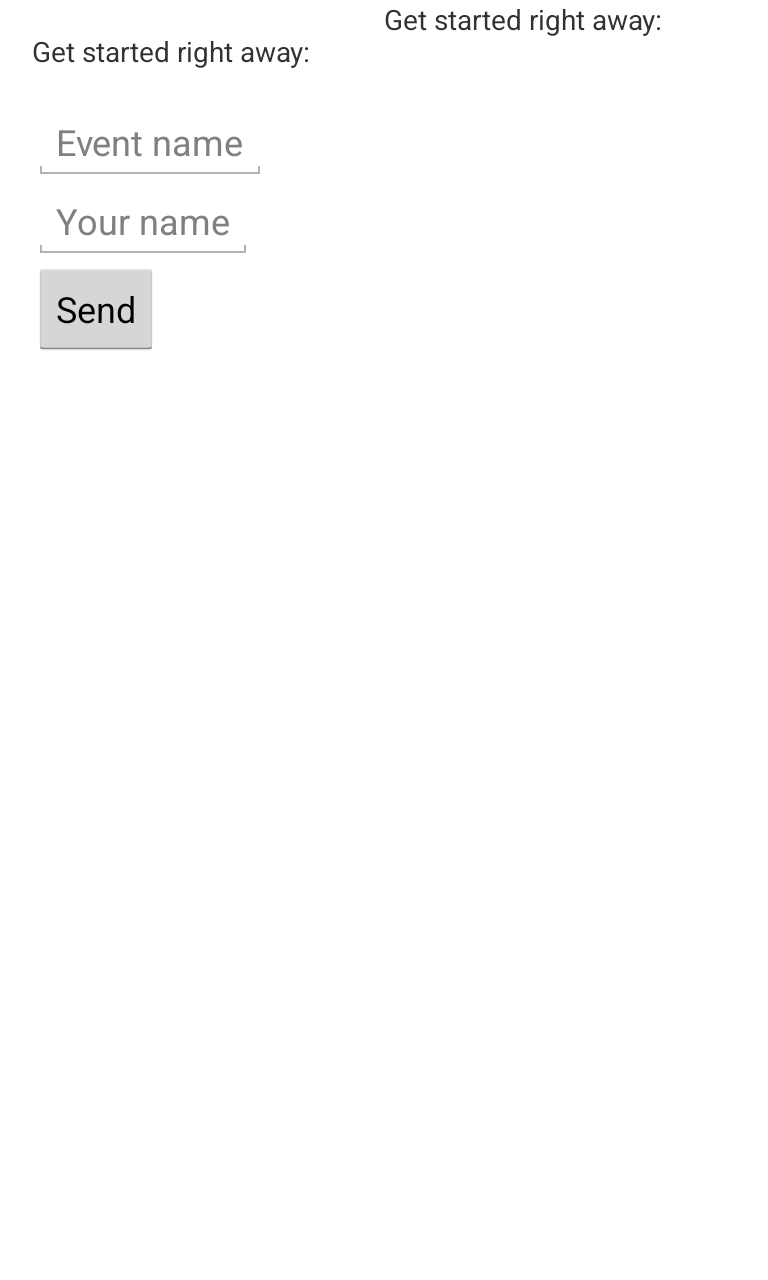
Repository: Raytray/WTFIIMC
Layout: Android/WTFIIMC/res/layout/activity_main.xml
These files come from the project's save history. The layout is drawn as it stood at one moment and after a run of saves; the edit follows.
It is drawn on a 768 x 1280 px phone screen (xhdpi) without system bars, with theme AppTheme; the app's code is not run.

Above is the layout before, as saved 2013-10-28 02:12:37.

### Android/WTFIIMC/res/layout/activity_main.xml
<TableLayout xmlns:android="http://schemas.android.com/apk/res/android"
			    xmlns:tools="http://schemas.android.com/tools"
    android:layout_width="fill_parent"
    android:layout_height="fill_parent"
    android:stretchColumns="1" >
    <TableRow>
        <FrameLayout
                android:layout_height="wrap_content"
                android:layout_width="0dp"
                android:layout_weight="1">
	    	<LinearLayout
			    android:layout_width="match_parent"
			    android:layout_height="match_parent"
			    android:paddingBottom="@dimen/activity_vertical_margin"
			    android:paddingLeft="@dimen/activity_horizontal_margin"
			    android:paddingRight="@dimen/activity_horizontal_margin"
			    android:paddingTop="@dimen/activity_vertical_margin"
			    android:orientation="vertical"
			    tools:context=".MainActivity" >

			    <TextView
			        android:layout_width="wrap_content"
			        android:layout_height="wrap_content"
			        android:text="@string/hello_world" />
				<EditText android:id="@+id/event_name"
			        android:layout_width="wrap_content"
			        android:layout_height="wrap_content"
			        android:hint="@string/prompt_event_name" />
				<EditText android:id="@+id/owner_name"
			        android:layout_width="wrap_content"
			        android:layout_height="wrap_content"
			        android:hint="@string/prompt_owner_name" />
				 <Button
			        android:layout_width="wrap_content"
			        android:layout_height="wrap_content"
			        android:text="@string/button_send" />
			</LinearLayout>
		</FrameLayout>
		<FrameLayout
                android:layout_height="wrap_content"
                android:layout_width="0dp"
                android:layout_weight="1">
	    	<TextView
			        android:layout_width="wrap_content"
			        android:layout_height="wrap_content"
			        android:text="@string/hello_world" />
	    </FrameLayout>

    </TableRow>

</TableLayout>

### Android/WTFIIMC/res/values/strings.xml
<?xml version="1.0" encoding="utf-8"?>
<resources>

    <string name="app_name">WTFIIMC</string>
    <string name="action_settings">Settings</string>
    <string name="hello_world">Get started right away:\n</string>

    <string name="prompt_event_name">Event name</string>
    <string name="prompt_owner_name">Your name</string>
    <string name="prompt_start_date">Start date</string>
    <string name="prompt_end_date">End date</string>
    <string name="button_send">Send</string>
    <string name="title_activity_main">MainActivity</string>
</resources>

Loaded but not shown: Android/WTFIIMC/res/values/styles.xml (common file); Android/WTFIIMC/res/values-v11/styles.xml (common file); Android/WTFIIMC/res/values-v14/styles.xml (common file); Android/WTFIIMC/res/values/dimens.xml (common file)

After the next 2 saves:
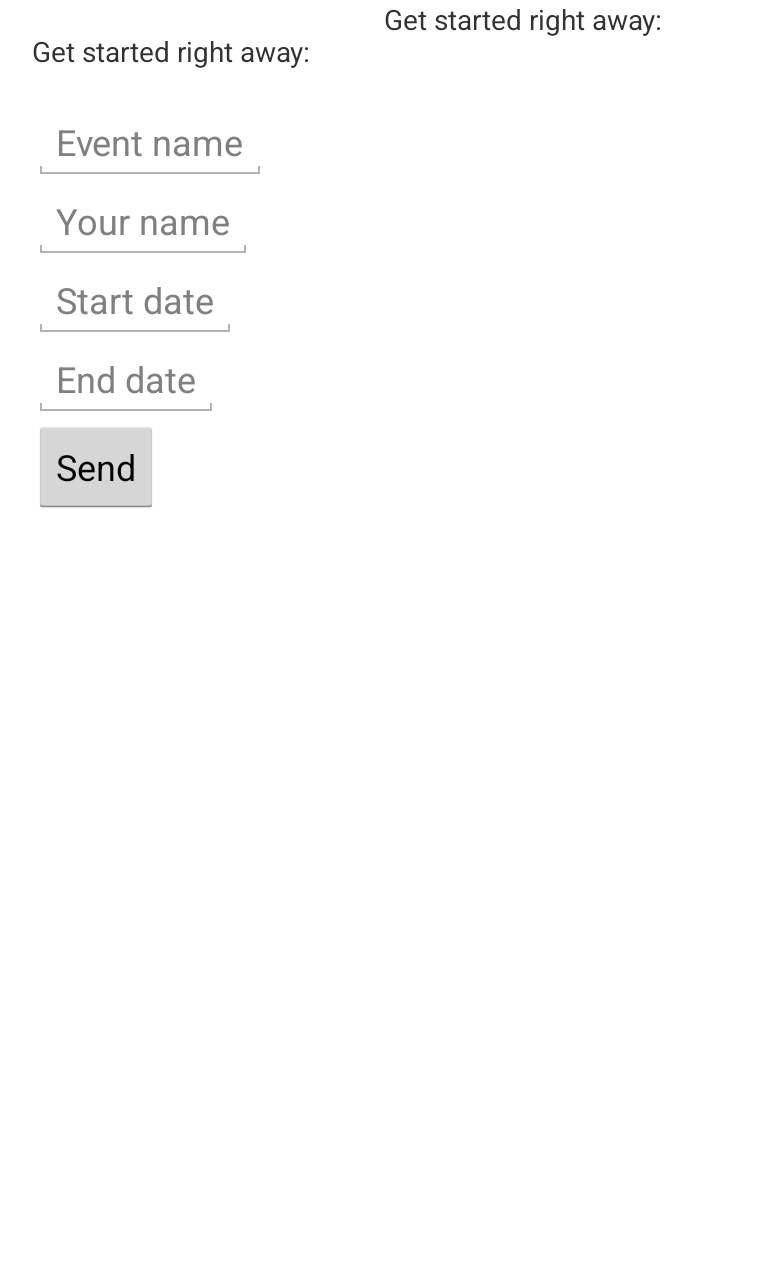
The 2 saves are shown as one change because 1 did not build or start.
The last was saved 93 s later.
--- a/Android/WTFIIMC/res/layout/activity_main.xml
+++ b/Android/WTFIIMC/res/layout/activity_main.xml
@@ -30,7 +30,15 @@
 			        android:layout_width="wrap_content"
 			        android:layout_height="wrap_content"
 			        android:hint="@string/prompt_owner_name" />
-				 <Button
+				<EditText android:id="@+id/start_date"
+			        android:layout_width="wrap_content"
+			        android:layout_height="wrap_content"
+			        android:hint="@string/prompt_start_date" />
+				<EditText android:id="@+id/end_date"
+			        android:layout_width="wrap_content"
+			        android:layout_height="wrap_content"
+			        android:hint="@string/prompt_end_date" />
+				<Button
 			        android:layout_width="wrap_content"
 			        android:layout_height="wrap_content"
 			        android:text="@string/button_send" />
